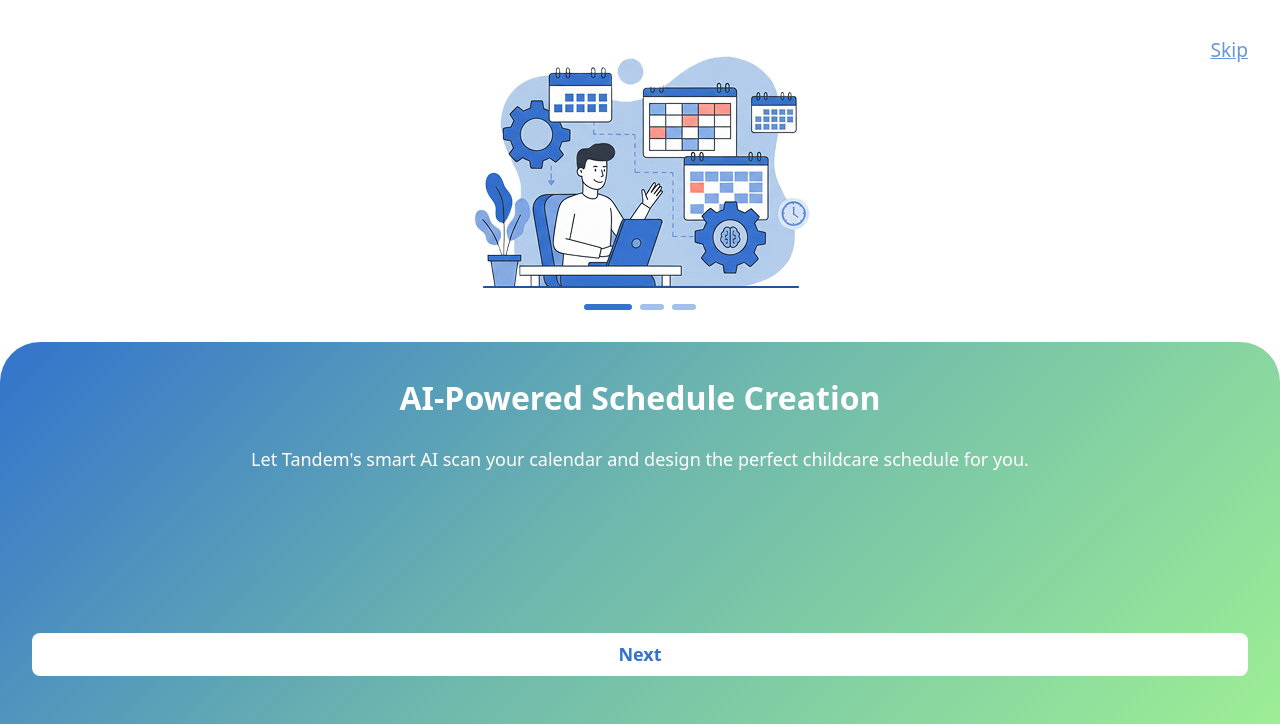
Repository: IDSP-TRADECARE/Tandem
Page: /boarding/features
An editor plug-in stored every save of this project. The page is shown before and after the next save, followed by the edit.
The browser window is 1280 px wide. The pictures show the whole page.
The page's requests for data from a server got no answer. Some web fonts or font styles are not loaded; a fallback is used. The project was rebuilt for these pictures with package versions that can differ from the ones it lists, and the page was loaded fresh each time. Some packages were replaced by stand-ins written for this rebuild. The framework's server and built-in components were replaced by stand-ins that run in the browser. No one was signed in, and anything a server would have sent is missing. Also part of the build but not shown: next.config.ts, src/app/components/auth/AuthGuard.tsx.

Above is the page before, as saved 2025-11-23 00:27:19.

After the next save:
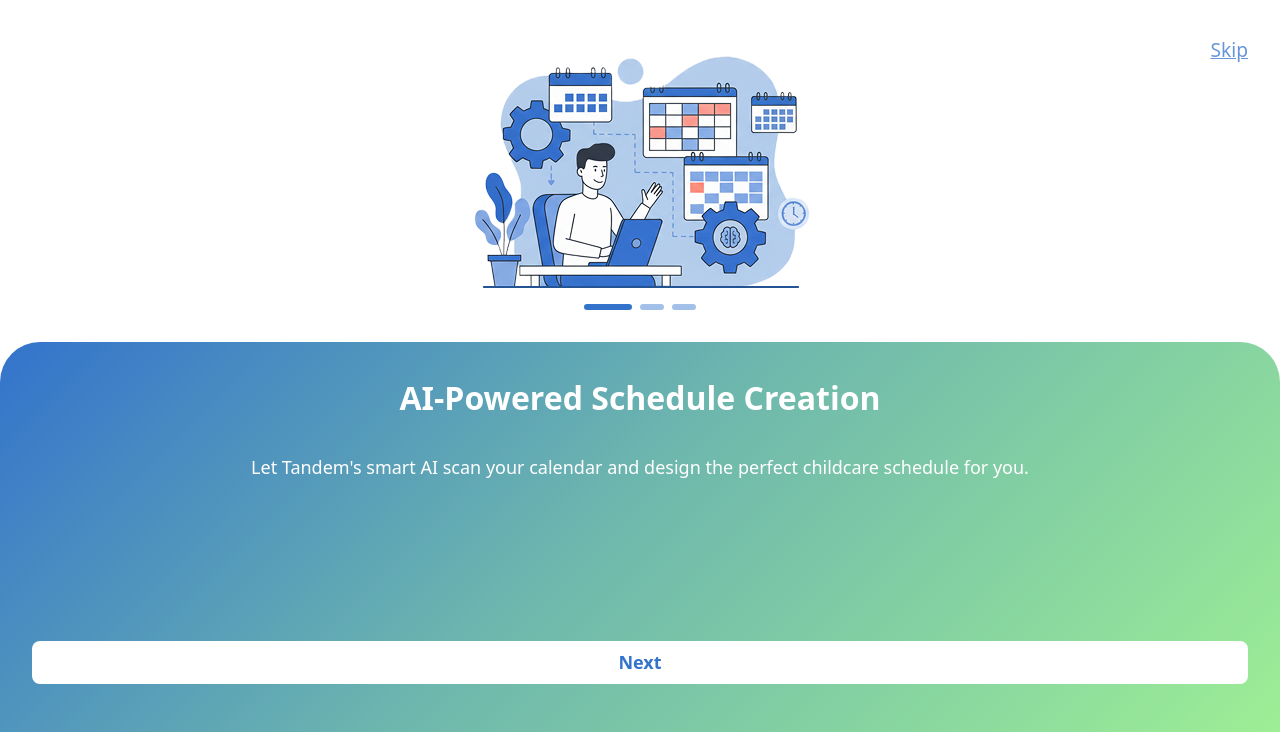
Saved 8 s later.
--- a/src/app/boarding/features/features.module.css
+++ b/src/app/boarding/features/features.module.css
@@ -87,7 +87,7 @@
     font-size: 2rem;
     font-weight: bold;
     color: #fff;
-    margin-bottom: 1.5rem;
+    margin-bottom: 2rem;
 }
 
 .description {
